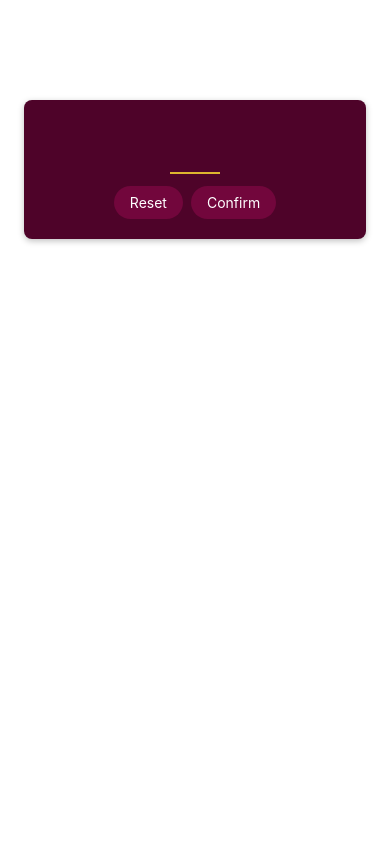
Repository: GarlicButterBoy/Number-Guessing-Game
Screen: /
These files come from the project's save history. The screen is drawn as it stood at one moment and after the next save; the edit follows.
The app was drawn by React Native's web renderer in a window 390 px wide. The project was rebuilt for these pictures with package versions that can differ from the ones it lists, and the page was loaded fresh each time.

Above is the screen before, as saved 2024-05-03 09:22:59.

### App.js
import { StyleSheet, Text, View } from "react-native";
import StartGameScreen from "./screens/StartGameScreen";

export default function App() {
  return <StartGameScreen />;
}

const styles = StyleSheet.create({
  container: {
    flex: 1,
    backgroundColor: "#fff",
    alignItems: "center",
    justifyContent: "center",
  },
});

### screens/StartGameScreen.js
import { View, TextInput, StyleSheet } from "react-native";
import PrimaryButton from "../components/PrimaryButton";

function StartGameScreen() {
  return (
    <View style={styles.inputContainer}>
      <TextInput
        style={styles.numberInput}
        maxLength={2}
        keyboardType="number-pad"
        autoCapitalize="none"
        autoCorrect={false}
      ></TextInput>
      <View style={styles.buttonContainer}>
        <View>
          <PrimaryButton>Reset</PrimaryButton>
        </View>
        <View>
          <PrimaryButton>Confirm</PrimaryButton>
        </View>
      </View>
    </View>
  );
}

export default StartGameScreen;

const styles = StyleSheet.create({
  inputContainer: {
    justifyContent: "center",
    alignItems: "center",
    padding: 16,
    marginTop: 100,
    marginHorizontal: 24,
    borderRadius: 8,
    backgroundColor: "#4e0329",
    elevation: 6,
    shadowColor: "black",
    shadowOffset: { width: 0, height: 2 },
    shadowRadius: 6,
    shadowOpacity: 0.25,
  },
  numberInput: {
    height: 50,
    width: 50,
    fontSize: 32,
    borderBottomColor: "#ddb52f",
    borderBottomWidth: 2,
    color: "#ddb52f",
    marginVertical: 8,
    fontWeight: "bold",
    textAlign: "center",
  },
  buttonContainer: {
    flexDirection: "row",
    alignItems: "stretch",
  },
});

### components/PrimaryButton.js
import { View, Text, Pressable, StyleSheet } from "react-native";

function PrimaryButton({ children }) {
  function pressHandler() {
    console.log("Pressed!");
  }
  return (
    <View style={styles.buttonOuterContainer}>
      <Pressable
        style={({ pressed }) =>
          pressed
            ? [styles.buttonInnerContainer, styles.pressed]
            : styles.buttonInnerContainer
        }
        onPress={pressHandler}
        android_ripple={{ color: "#640233" }}
      >
        <Text style={styles.buttonText}>{children}</Text>
      </Pressable>
    </View>
  );
}

export default PrimaryButton;

const styles = StyleSheet.create({
  buttonOuterContainer: {
    borderRadius: 28,
    margin: 4,
    overflow: "hidden",
  },
  buttonInnerContainer: {
    backgroundColor: "#72063c",
    paddingVertical: 8,
    paddingHorizontal: 16,
    elevation: 2,
  },
  buttonText: {
    color: "white",
    textAlign: "center",
  },
  pressed: {
    opacity: 0.75,
  },
});

After the next save:
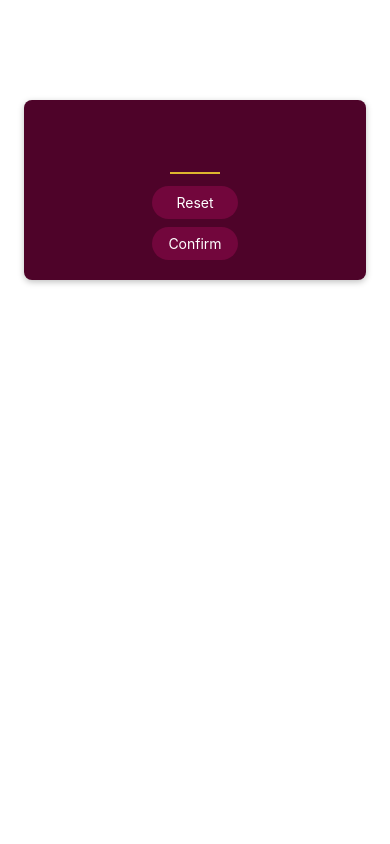
Saved 42 s later.
--- a/screens/StartGameScreen.js
+++ b/screens/StartGameScreen.js
@@ -51,7 +51,7 @@ const styles = StyleSheet.create({
     fontWeight: "bold",
     textAlign: "center",
   },
-  buttonContainer: {
+  buttonsContainer: {
     flexDirection: "row",
     alignItems: "stretch",
   },

After the 4 saves that followed:
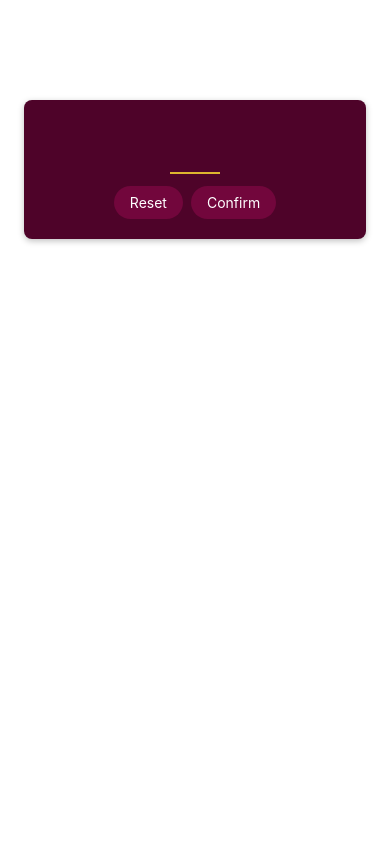
The 4 saves are shown as one change because they came seconds apart.
The last was saved 12 s later.
--- a/screens/StartGameScreen.js
+++ b/screens/StartGameScreen.js
@@ -11,11 +11,11 @@ function StartGameScreen() {
         autoCapitalize="none"
         autoCorrect={false}
       ></TextInput>
-      <View style={styles.buttonContainer}>
-        <View>
+      <View style={styles.buttonsContainer}>
+        <View style={styles.buttonContainer}>
           <PrimaryButton>Reset</PrimaryButton>
         </View>
-        <View>
+        <View style={styles.buttonContainer}>
           <PrimaryButton>Confirm</PrimaryButton>
         </View>
       </View>
